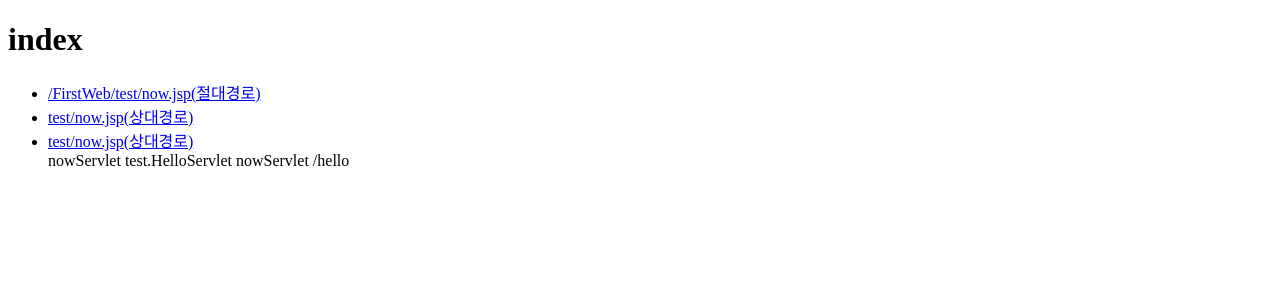
Repository: 2hundred2ne2/bit
Page: http://localhost/First_Web/
The author's editor kept a copy of each file at every save. The page is drawn from the files as they stood at one save, then again after the next save.
The browser window is 1280 px wide. The pictures show the whole page.
The page is served by Tomcat 9. Other server files are loaded and not shown.

Above is the page before, as saved 2020-12-16 02:15:20.

### JSP_PROJECT/First_Web/WebContent/index.jsp
<%@ page language="java" contentType="text/html; charset=UTF-8"
    pageEncoding="UTF-8"%>
<!DOCTYPE html>
<html>
<head>
<meta charset="UTF-8">
<title>First Jsp</title>
</head>
<body>
<h1>index</h1>
<ul>

<li><a href="/FirstWeb/test/now.jsp">/FirstWeb/test/now.jsp(절대경로)</a></li>
<li><a href="test/now.jsp">test/now.jsp(상대경로)</a></li>
<li><a href="test/application/msword">test/now.jsp(상대경로)</a></li>
 <!--
  			서블릿 등록
  			서블릿 이름, 서블릿 클래스의 풀 네임
  -->
  <servlet>
  	<servlet-name>nowServlet</servlet-name>
  	<servlet-class>test.HelloServlet</servlet-class>
  </servlet>

  <servlet-mapping>
  	<servlet-name>nowServlet</servlet-name>
  	<url-pattern>/hello</url-pattern>
  </servlet-mapping>
</ul>
</body>
</html>

After the next save:
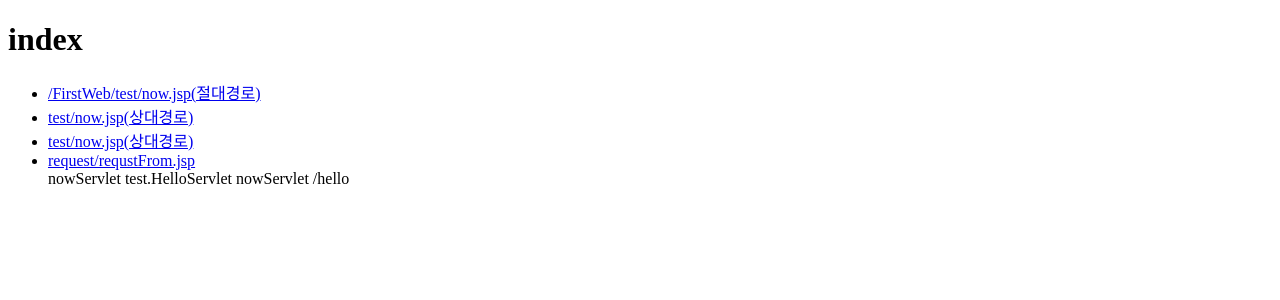
Saved 21 min 21 s later.
--- a/JSP_PROJECT/First_Web/WebContent/index.jsp
+++ b/JSP_PROJECT/First_Web/WebContent/index.jsp
@@ -13,6 +13,9 @@
 <li><a href="/FirstWeb/test/now.jsp">/FirstWeb/test/now.jsp(절대경로)</a></li>
 <li><a href="test/now.jsp">test/now.jsp(상대경로)</a></li>
 <li><a href="test/application/msword">test/now.jsp(상대경로)</a></li>
+<li><a href="request/requstFrom.jsp">request/requstFrom.jsp</a></li>
+
+
  <!--
   			서블릿 등록
   			서블릿 이름, 서블릿 클래스의 풀 네임
